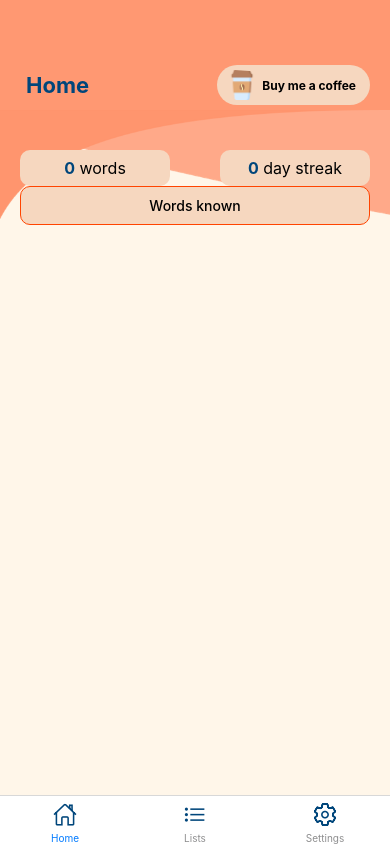
Repository: David-Waite/SpellingApp
Screen: /
An editor plug-in stored every save of this project. The screen is shown before and after the next save, followed by the edit.
The app was drawn by React Native's web renderer in a window 390 px wide. The project was rebuilt for these pictures with package versions that can differ from the ones it lists, and the page was loaded fresh each time. Also part of the build but not shown: screens/Settings.js, screens/SpellWord.js, screens/WordsLearnt.js, screens/WordListOverview.js, screens/WordLists.js, screens/Donate.js.

Above is the screen before, as saved 2023-06-22 22:28:05.

### App.js
import { NavigationContainer } from "@react-navigation/native";
import { StatusBar } from "expo-status-bar";
import { StyleSheet } from "react-native";
import { Ionicons } from "@expo/vector-icons";

import Home from "./screens/Home";
import Settings from "./screens/Settings";
import SpellWord from "./screens/SpellWord";
import WordsLearnt from "./screens/WordsLearnt";
import WordListOverview from "./screens/WordListOverview";
import WordLists from "./screens/WordLists";
import Donate from "./screens/Donate";

import { createStackNavigator } from "@react-navigation/stack";
import { createBottomTabNavigator } from "@react-navigation/bottom-tabs";
import { GlobalStyles } from "./constants/styles";

import CoffeeBtn from "./components/ui/CoffeeBtn";

const BottomTabs = createBottomTabNavigator();
const Stack = createStackNavigator();

function BottomTabsScreens() {
  return (
    <BottomTabs.Navigator>
      <BottomTabs.Screen
        name="Home"
        component={Home}
        headerShadowVisible={false}
        options={({ navigation }) => ({
          headerRight: () => (
            <CoffeeBtn
              onPress={() => {
                navigation.navigate("Donate");
              }}
            />
          ),
          title: "Home",
          tabBarLabel: "Home",
          headerTitleAlign: "left",
          headerShadowVisible: false,
          headerTitleStyle: {
            color: GlobalStyles.colors.accent500,
            fontSize: 22,
            marginLeft: 10,
            fontWeight: 700,
            marginBottom: -60,
          },
          headerStyle: {
            backgroundColor: GlobalStyles.colors.primary400,
            height: 110,
          },

          tabBarIcon: ({ color, size }) => (
            <Ionicons
              name="home-outline"
              size={size}
              color={GlobalStyles.colors.accent500}
            />
          ),
        })}
      />
      <BottomTabs.Screen
        name="WordLists"
        component={WordLists}
        options={{
          title: "Word Lists",
          tabBarLabel: "Lists",
          tabBarIcon: ({ color, size }) => (
            <Ionicons
              name="list-outline"
              size={size}
              color={GlobalStyles.colors.accent500}
            />
          ),
        }}
      />
      <BottomTabs.Screen
        name="Settings"
        component={Settings}
        options={{
          title: "Settings",
          tabBarLabel: "Settings",
          tabBarIcon: ({ color, size }) => (
            <Ionicons
              name="settings-outline"
              size={size}
              color={GlobalStyles.colors.accent500}
            />
          ),
        }}
      />
    </BottomTabs.Navigator>
  );
}
export default function App() {
  return (
    <>
      <StatusBar style="light" />
      <NavigationContainer>
        <Stack.Navigator>
          <Stack.Screen
            name="BottomTabsScreen"
            component={BottomTabsScreens}
            options={{ headerShown: false }}
          />
          <Stack.Screen
            name="WordsLearnt"
            component={WordsLearnt}
            options={{ presentation: "modal" }}
          />
          <Stack.Screen name="WordListOverview" component={WordListOverview} />
          <Stack.Screen
            name="SpellWord"
            component={SpellWord}
            options={{ presentation: "modal" }}
          />
          <Stack.Screen
            name="Donate"
            component={Donate}
            options={{ presentation: "modal" }}
          />
        </Stack.Navigator>
      </NavigationContainer>
    </>
  );
}

const styles = StyleSheet.create({
  container: {
    flex: 1,
    backgroundColor: "#fff",
    alignItems: "center",
    justifyContent: "center",
  },
});

### screens/Home.js
import { ImageBackground, Text, View } from "react-native";
import { Dimensions } from "react-native";

import { StyleSheet } from "react-native";
import { GlobalStyles } from "../constants/styles";

import WordsLearntCard from "../components/ui/WordsLearntCard";
import StatBtn from "../components/ui/Home/StatBtn";

const windowWidth = Dimensions.get("window").width;
const windowHeight = Dimensions.get("window").height;
const imageHeight = windowWidth / 3.5;

function Home({ navigation }) {
  return (
    <View style={styles.imageContainer}>
      <ImageBackground
        style={styles.ImageBackground}
        source={require("../images/SpellingAppHeaderBackground.png")}
      >
        <View style={styles.container}>
          <View style={styles.statContainer}>
            <StatBtn stat={0} text="words" />
            <StatBtn stat={0} text="day streak" />
          </View>
          <WordsLearntCard navigation={navigation} />
        </View>
      </ImageBackground>
    </View>
  );
}

export default Home;

const styles = StyleSheet.create({
  imageContainer: {
    flex: 1,
    backgroundColor: GlobalStyles.colors.background,
  },
  statContainer: {
    flexDirection: "row",
    justifyContent: "space-between",
  },
  container: {
    padding: 20,
    paddingTop: 40,
  },
  ImageBackground: {
    resizeMode: "contain",
    width: windowWidth,
    height: imageHeight,
  },
});

### constants/styles.js
export const GlobalStyles = {
  colors: {
    background: "#FFF6E9",
    primary50: "#FFF0E5",
    primary100: "#F6D7BF",
    primary100Dark: "#c7ad99",
    primary300: "#FFA989",
    primary400: "#FF9872",
    primary500: "#FF946E",
    primary800: "#FF4400",
    accent500: "#00467B",
    success500: "#0A8900",
    error500: "#FF0000",
  },
};

### components/ui/CoffeeBtn.js
import { Image } from "react-native";
import { StyleSheet } from "react-native";
import { Pressable } from "react-native";
import { View, Text } from "react-native";
import { GlobalStyles } from "../../constants/styles";

function CoffeeBtn({ onPress }) {
  return (
    <Pressable
      onPress={onPress}
      style={({ pressed }) => [styles.conatiner, pressed && styles.pressed]}
    >
      <View style={styles.layoutConatiner}>
        <Image
          style={styles.coffee}
          source={require("../../images/coffee-cup.png")}
        />
        <Text style={styles.text}>Buy me a coffee</Text>
      </View>
    </Pressable>
  );
}

export default CoffeeBtn;

const styles = StyleSheet.create({
  conatiner: {
    backgroundColor: GlobalStyles.colors.primary100,
    borderRadius: 20,
    paddingLeft: 10,
    paddingRight: 14,
    paddingVertical: 5,
    marginRight: 20,
    marginBottom: -60,
  },
  layoutConatiner: {
    flexDirection: "row",
    alignItems: "center",
    gap: 5,
  },
  text: {
    fontSize: 12,
    fontWeight: 700,
  },
  coffee: {
    width: 30,
    height: 30,
  },
  pressed: {
    backgroundColor: GlobalStyles.colors.primary100Dark,
    borderRadius: 20,
  },
});

### components/ui/WordsLearntCard.js
import { Text, StyleSheet } from "react-native";

import { GlobalStyles } from "../../constants/styles";
import { Pressable } from "react-native";
import { View } from "react-native";

function WordsLearntCard({ navigation }) {
  return (
    <Pressable onPress={() => navigation.navigate("WordsLearnt")}>
      <View style={styles.container}>
        <Text style={styles.WordsKnownText}>Words known</Text>
      </View>
    </Pressable>
  );
}

export default WordsLearntCard;

const styles = StyleSheet.create({
  container: {
    backgroundColor: GlobalStyles.colors.primary100,
    paddingHorizontal: 10,
    paddingVertical: 10,
    borderRadius: 10,
    borderColor: GlobalStyles.colors.primary800,
    borderWidth: 1,
  },
  WordsKnownText: {
    textAlign: "center",
    fontWeight: "500",
  },
  pressed: {
    opacity: 0.75,
  },
});

### components/ui/Home/StatBtn.js
import { StyleSheet } from "react-native";
import { Text, View } from "react-native";
import { GlobalStyles } from "../../../constants/styles";

function StatBtn({ stat, text }) {
  return (
    <View style={styles.container}>
      <Text style={styles.stat}>
        {stat}
        <Text style={styles.text}> {text}</Text>
      </Text>
    </View>
  );
}

export default StatBtn;

const styles = StyleSheet.create({
  container: {
    flexDirection: "row",
    gap: 10,
    backgroundColor: GlobalStyles.colors.primary100,
    borderRadius: 10,
    paddingHorizontal: 10,
    paddingVertical: 8,
    minWidth: 150,
    justifyContent: "center",
  },
  stat: {
    fontSize: 16,
    color: GlobalStyles.colors.accent500,
    fontWeight: "bold",
  },
  text: {
    color: "black",
    fontWeight: 400,
  },
});

After the next save:
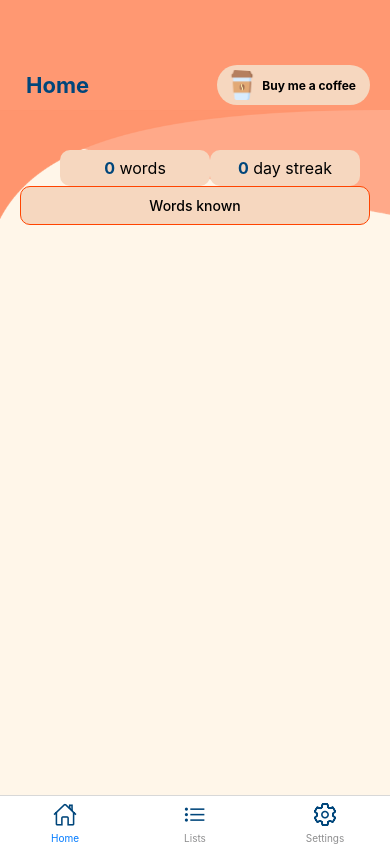
Saved 15 s later.
--- a/screens/Home.js
+++ b/screens/Home.js
@@ -40,6 +40,7 @@ const styles = StyleSheet.create({
   statContainer: {
     flexDirection: "row",
     justifyContent: "space-between",
+    marginHorizontal: 40,
   },
   container: {
     padding: 20,
